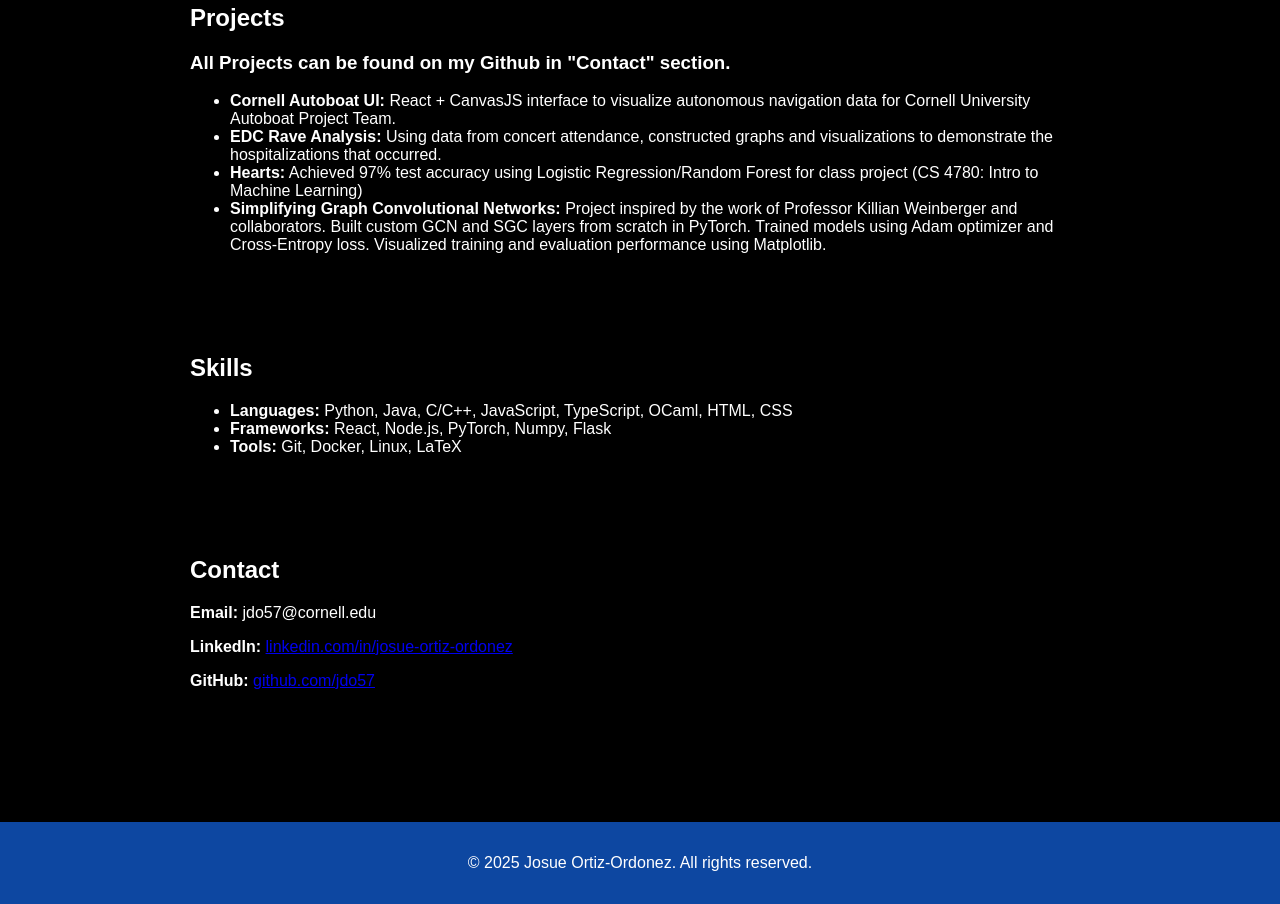
Repository: jdo57/Website
Page: index.html
These files come from the project's save history. The page is drawn as it stood at one moment and after the next save; the edit follows.
The browser window is 1280 px wide. The pictures show the part of the page from y = 1309 to 2261 px (the page is 2213 px tall before and 2261 px after).
A picture or video elsewhere on the page could not be fetched, so the positions and the page height are approximate.

Above is the page before, as saved 2025-05-26 21:48:23.

After the next save:
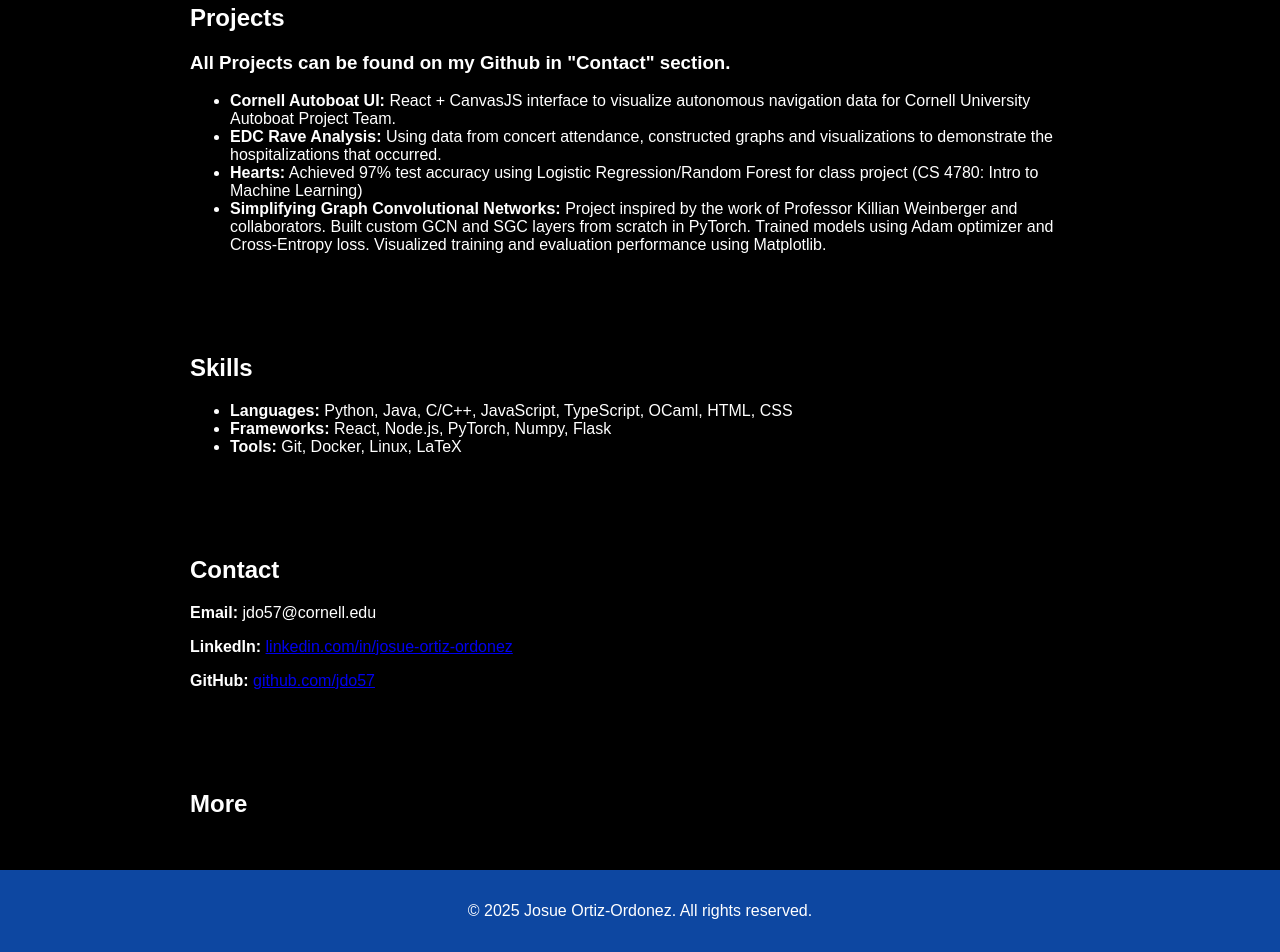
Saved 6 s later.
--- a/index.html
+++ b/index.html
@@ -141,7 +141,7 @@
   </section>
 
   <section id ="more">
-    <h2 More ></h2>
+    <h2> More</h2>
 
   </section>
 
